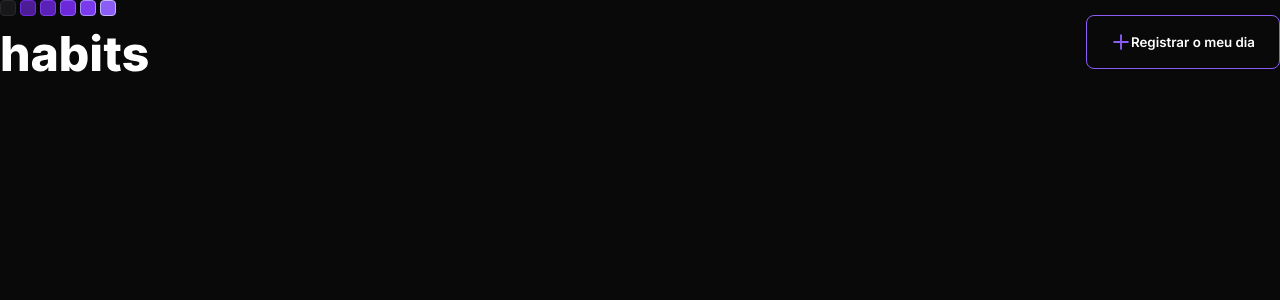
Repository: AntonyCosta/nlw-setup
Page: index.html
The author's editor kept a copy of each file at every save. The page is drawn from the files as they stood at one save, then again after the next save.
The browser window is 1280 px wide. The pictures show the whole page.

Above is the page before, as saved 2023-01-18 03:31:52.

After the next save:
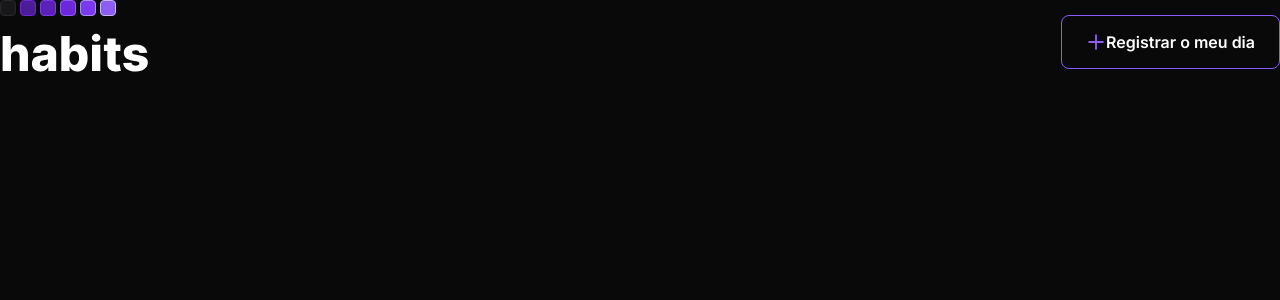
Saved 29 s later.
--- a/style.css
+++ b/style.css
@@ -32,4 +32,6 @@ button {
 
   font-family: "Inter", arial, sans-serif;
   font-weight: 600;
+  font-size: 16px;
+  line-height: 125%;
 }
